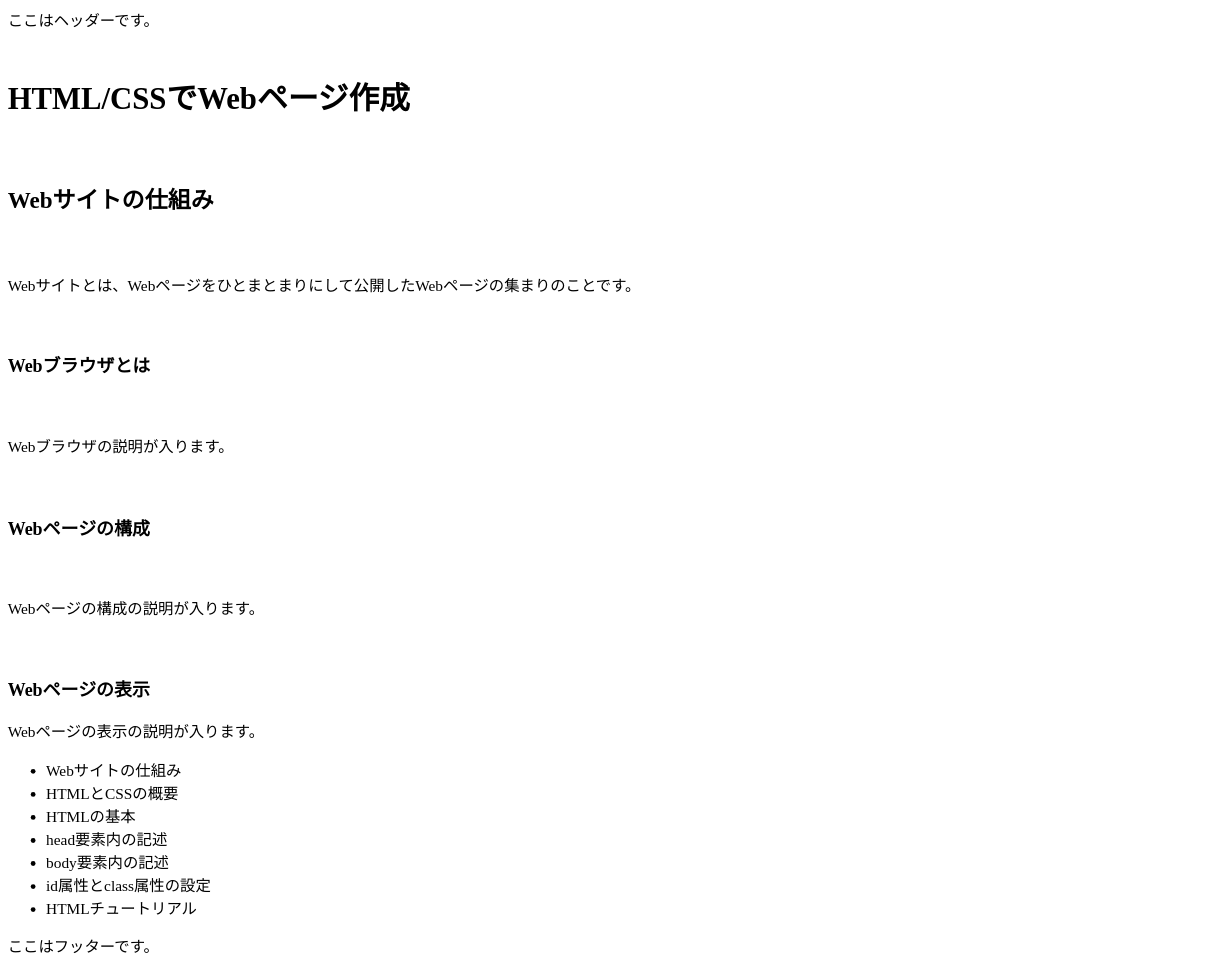
Repository: mizutawataru/original-service
Page: kadai-html.html
The author's editor kept a record of every edit. The page is drawn from the files as they stood at one moment, then again after the next edit.
The browser window is 1280 px wide. The pictures show the whole page, at 96% of full size.

Above is the page before.

After the next edit:
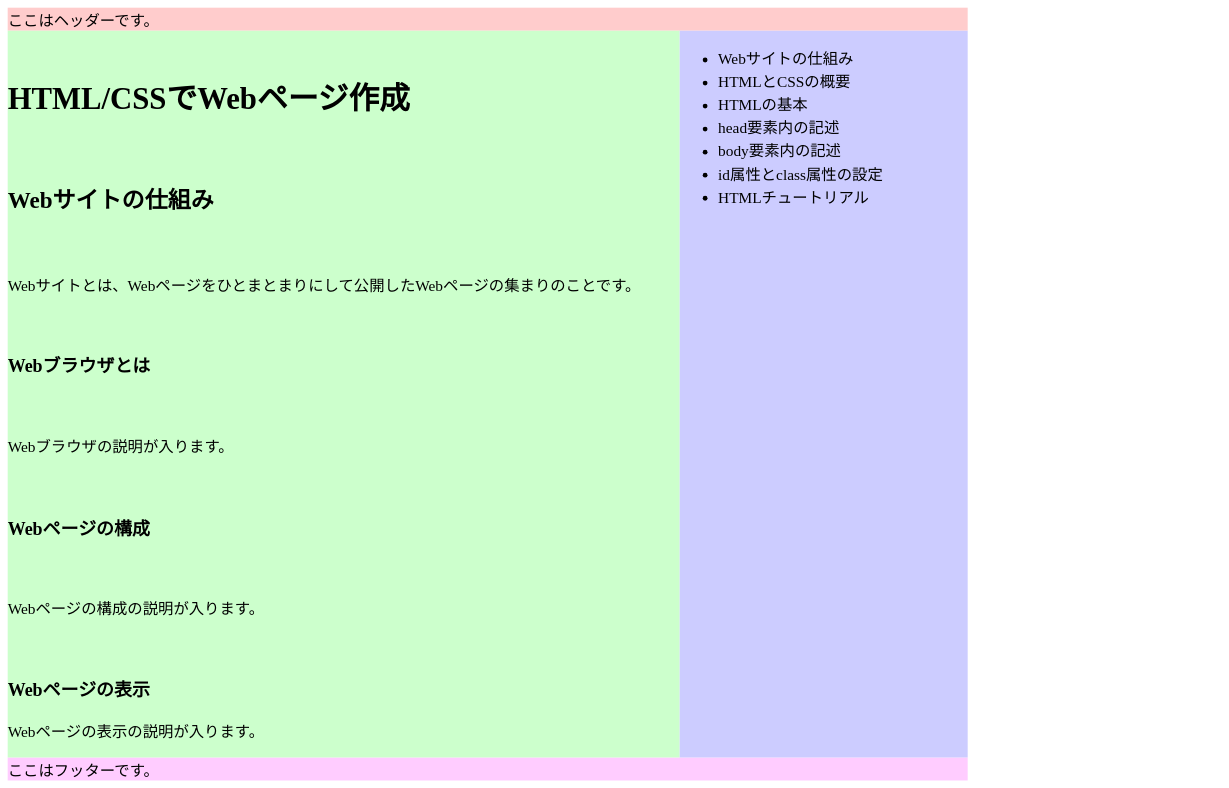
The edit:
--- a/kadai-html.html
+++ b/kadai-html.html
@@ -3,6 +3,7 @@
     <head>
         <meta charset="utf-8">
         <title>HTML/CSSでWebページ作成</title>
+        <link rel="stylesheet" href="kadai-css.css">
     </head>
     <body>
         <header>
